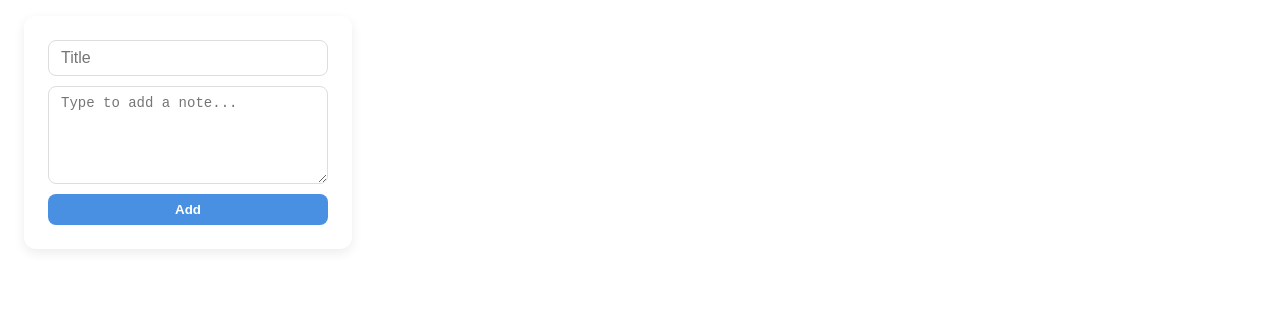
Repository: AJANI2005/Notes-App
Page: /
An editor plug-in stored every save of this project. The page is shown before and after the next save, followed by the edit.
The browser window is 1280 px wide. The pictures show the whole page.
The project was rebuilt for these pictures with package versions that can differ from the ones it lists, and the page was loaded fresh each time. Also part of the build but not shown: vite.config.ts.

Above is the page before, as saved 2025-07-31 17:38:49.

After the next save:
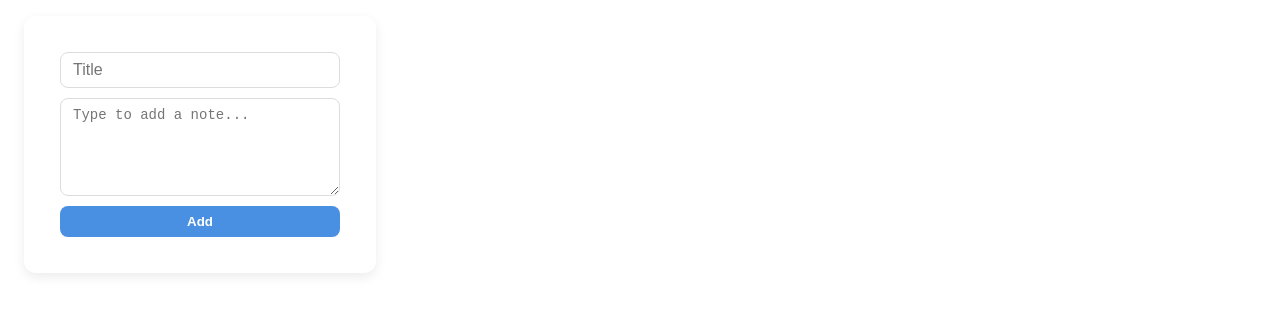
Saved 4 s later.
--- a/src/App.css
+++ b/src/App.css
@@ -3,7 +3,7 @@
   display: flex;
   flex-direction: column;
   gap: 10px;
-  padding: 24px;
+  padding: 36px;
   width: 280px;
   background-color: #ffffff;
   border-radius: 12px;

After the save that followed:
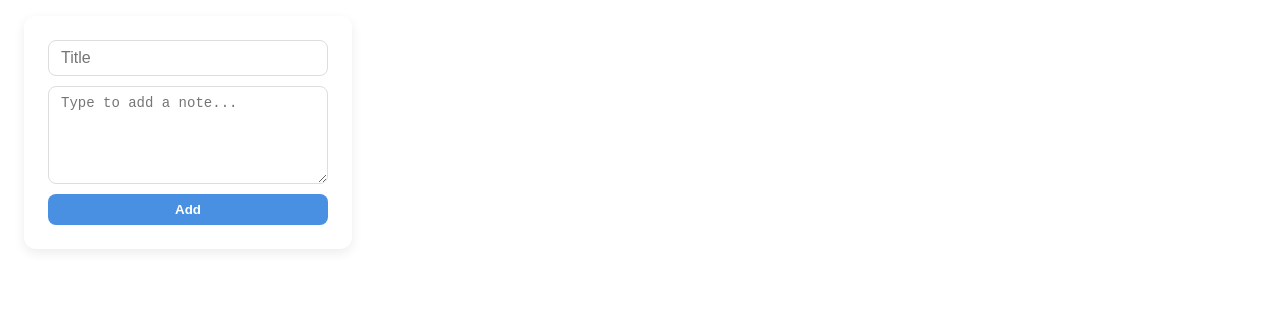
Saved 5 s later.
--- a/src/App.css
+++ b/src/App.css
@@ -3,7 +3,7 @@
   display: flex;
   flex-direction: column;
   gap: 10px;
-  padding: 36px;
+  padding: 24px;
   width: 280px;
   background-color: #ffffff;
   border-radius: 12px;
